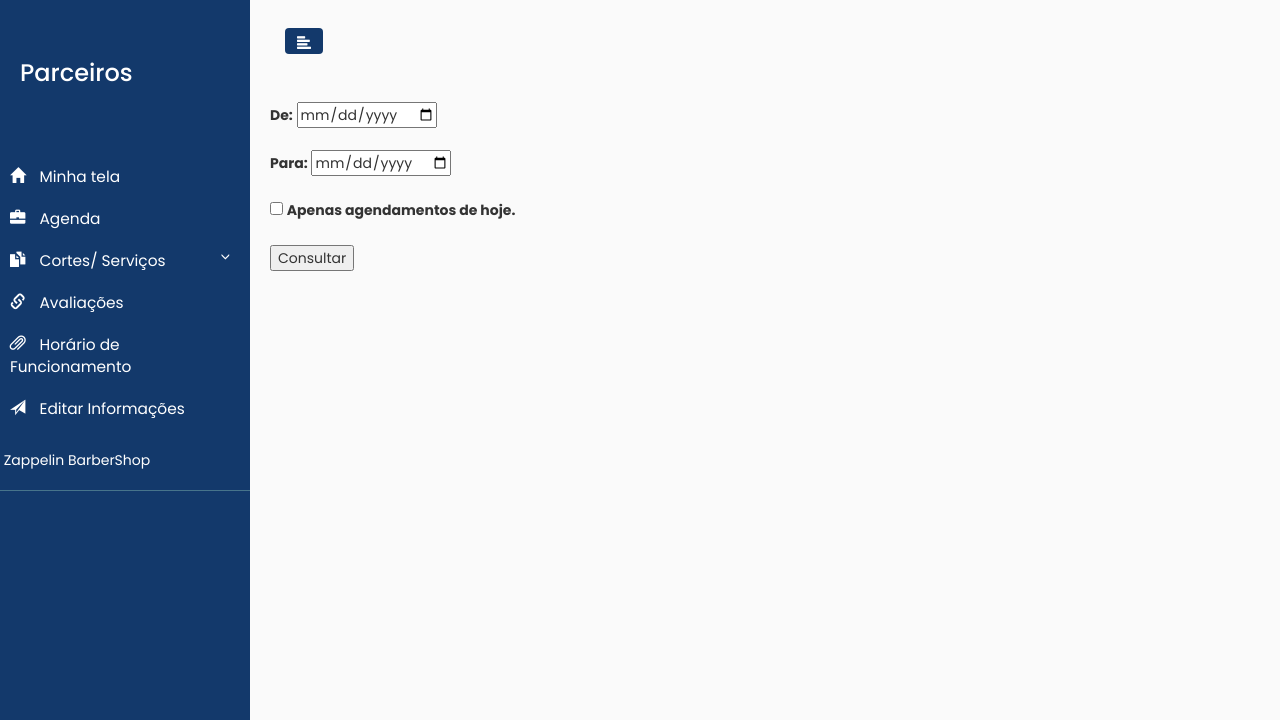
Repository: aquilesascar/barberconnect
Page: http://localhost/agenda.php
The author's editor kept a copy of each file at every save. The page is drawn from the files as they stood at one save, then again after the next save.
The browser window is 1280 px wide. The pictures show the whole page.
The page is run by PHP 8.4 with error messages shown; the project is at /var/www/html/.

Above is the page before, as saved 2023-10-03 10:32:02.

### agenda.php
<!DOCTYPE html>
<html>
    <head>
        <meta charset="utf-8">
        <meta name="viewport" content="width=device-width, initial-scale=1.0">
        <meta http-equiv="X-UA-Compatible" content="IE=edge">

        <title>Barra de tarefas</title>

         <!-- Bootstrap CSS CDN -->
        <link rel="stylesheet" href="https://maxcdn.bootstrapcdn.com/bootstrap/3.3.7/css/bootstrap.min.css">
        <!-- Our Custom CSS -->
        <link rel="stylesheet" href="../TCC/assets/css/style4.css">

    </head>
    <body>
        <div class="wrapper">
            <!-- Sidebar Holder -->
            <nav id="sidebar">
                <div class="sidebar-header">
                    <h3>Parceiros</h3>
                    <strong>BC</strong>
                </div>

                <ul class="list-unstyled components">
                    <li class="active">
                        <a href="index4.html">
                            <i class="glyphicon glyphicon-home"></i>
                            Minha tela
                        </a>

                    </li>
                    <li>
                        <a href="agenda.html">
                            <i class="glyphicon glyphicon-briefcase"></i>
                            Agenda
                        </a>
                        <a href="#pageSubmenu" data-toggle="collapse" aria-expanded="false">
                            <i class="glyphicon glyphicon-duplicate"></i>
                            Cortes/
                            Serviços
                        </a>
                        <ul class="collapse list-unstyled" id="pageSubmenu">
                            <li><a href="corteclassico.html">Corte clássico</a></li>
                            <li><a href="#">Corte casual</a></li>
                            <li><a href="#">Barba</a></li>
                        </ul>
                    </li>
                    <li>
                        <a href="#">
                            <i class="glyphicon glyphicon-link"></i>
                            Avaliações
                        </a>
                    </li>
                    <li>
                        <a href="#">
                            <i class="glyphicon glyphicon-paperclip"></i>
                            Horário de Funcionamento
                        </a>
                    </li>
                    <li>
                        <a href="#">
                            <i class="glyphicon glyphicon-send"></i>
                            Editar Informações
                        </a>
                    </li>
                    <li>
                        <a href="#"></a>
                        <i class="glyphicon glyphicon-logout"></i>
                        Zappelin BarberShop
                    </li>
                </ul>

            </nav>

            <!-- Page Content Holder -->
            <div id="content">


                    <div class="container-fluid">

                        <div class="navbar-header">
                            <button type="button" id="sidebarCollapse" class="btn btn-info navbar-btn">
                                <i class="glyphicon glyphicon-align-left"></i>

                            </button>
                        </div>

                        <div class="collapse navbar-collapse" id="bs-example-navbar-collapse-1">
                            <ul class="nav navbar-nav navbar-right">
                            </ul>
                        </div>
                    </div>
                </nav>

                <br>
                <br>
                <label for="De:" class="de">De:</label>
                <input type="date">
                <br>
                <br>
                <label for="Para:">Para:</label>
                <input type="date" name="" id="" class="para">
                <br>
                <br>
                <input type="checkbox">
                <label for="">Apenas agendamentos de hoje.</label>
                <br><br>
                <button>Consultar</button>


                   <!-- jQuery CDN -->
         <script src="https://code.jquery.com/jquery-1.12.0.min.js"></script>
         <!-- Bootstrap Js CDN -->
         <script src="https://maxcdn.bootstrapcdn.com/bootstrap/3.3.7/js/bootstrap.min.js"></script>

         <script type="text/javascript">
             $(document).ready(function () {
                 $('#sidebarCollapse').on('click', function () {
                     $('#sidebar').toggleClass('active');
                 });
             });
         </script>
            </div>
        </div>
        <body>

### assets/css/style4.css
@import "https://fonts.googleapis.com/css?family=Poppins:300,400,500,600,700";

.form-check form-switch {
    text-align: justify;
}

h2 {
    padding-top: 20px;
}

h3 {
    padding-bottom: 20px;
    padding-top: 20px;
}

#sidebarCollapse {
    display: flex;
    align-items: center;
    justify-content: center;
}

#sidebarCollapse:hover {

    background-color: #05234b;
    color: white;
    align-items: center;
}

#lorem{
    color: #fafafa;
    font-size: 14px;
    user-select: none; /* Evita a seleção de texto */
    cursor: default;   /* Mantém o cursor padrão */
}


.coverImg {
    display: flex;
    justify-content: center;
}

.cover {
    border-radius: 8px;
}

.images {
    padding-bottom: 6% !important;
}

.linha{
    padding-bottom: 3%;
}

.filtros button {
    align-items: center !important;
    justify-content: center;
    border-radius: 25px !important;
    padding: 5px 17px;
    background-color: transparent;
    border-color: #8c8c8c !important;
    color: #8c8c8c;
    font-size: 16px !important;
    margin-right: 20px;
    font-weight: 450;
}

.filtros button:hover {
    background-color: transparent !important;
    /* Remove a mudança de cor de fundo */
    border-color: #6a6a6a !important;
    /* Remove a mudança de cor da borda */
    color: #6a6a6a !important;
    /* Remove a mudança de cor do texto */
}

.btn-primary {
    align-items: center !important;
    justify-content: center;
    border-radius: 5px !important;
    background-color: transparent;
    border-color: #080808 !important;
    color: #8c8c8c;
    font-size: 13px;
    margin-right: 20px;
    font-weight: 450;
}

.btn-primary:hover {
    background-color: transparent !important;
    /* Remove a mudança de cor de fundo */
    border-color: #6a6a6a !important;
    /* Remove a mudança de cor da borda */
    color: #6a6a6a !important;
    /* Remove a mudança de cor do texto */
}

.filtros {
    padding-bottom: 1%;

}

.divForm {
    margin-left: 10%;
    margin-right: 10%;
    border-radius: 6px;
    background-color: white;
    position: relative;
}

.divTable {
    border-radius: 6px;
    background-color: white;
    position: relative;
    box-shadow: 0 4px 8px 0 rgba(0, 0, 0, 0.2);
}

.divTable table {
    width: 100%;
    border-collapse: collapse;
    font-family: Arial, sans-serif;
}

.divTable th {
    background-color: #13396B;
    color: white;
    padding: 10px;
    text-align: center;
}

.divTable td {
    padding: 18px;
    text-align: center;
    border-bottom: 1px solid #ddd;
}

.divTable tr:hover {
    background-color: #f5f5f5;
}

.divTable caption {
    caption-side: top;
    text-align: center;
    font-weight: bold;
}


.barberItem {
    box-sizing: border-box;
    width: calc(100% / 3 - 10px);
    height: 200px;
    display: inline-block;
    position: relative;
    border-radius: 15px; /* Adiciona bordas arredondadas */
    box-shadow: 0 4px 8px 0 rgba(0,0,0,0.2); /* Adiciona sombra */
    transition: transform 0.4s ease, box-shadow 0.2s ease;
    background-color: #ffffff; /* Adiciona cor de fundo */
    padding: 10px 20px;
    margin-right: 6px;
    margin-bottom: 20px; /* Espaçamento entre as linhas */
}

.barberItem:hover {
    border-color: #6a6a6a !important;
    cursor: pointer;
}

.barberItem p {
    padding-left: 15%;
    font-size: 20px !important;
    padding-bottom: 20% !important;
    display: inline-block !important;
}

.barberText {
    margin-left: 85px;
    font-size: 24px;
    align-items: center;
    position: relative;
    top: -78px;
}

.description {
    padding-top: 4%;
}

.itemDescription {
    color: #8c8c8c;
    display: block;
    padding-bottom: 5%;
}

.price {
    padding-top: 5%;
    font-weight: 700;
    font-size: 20px;
}

.infos {
    position: relative;
    top: -1px;
    display: flex;
    justify-content: space-between;
    /* Isso substituirá a necessidade de float: right; */
}

.rightInfo {
    clear: both;
}

.itemName {
    font-size: 20px;
    font-weight: 600;
    position: relative;
}

.bi-star-fill {
    font-size: 16px;

}

.barberInfo {
    padding-top: 5%;
    font-size: 16px;
}

.avaliacao {
    color: rgb(255, 213, 0);
    text-decoration: underline;
    transition: color 0.2s ease;
}

.avaliacao:hover {
    cursor: pointer;
    color: rgb(251, 209, 0);
}

.distancia {
    color: rgba(0, 0, 0, 0.45);
}

.barberText {
    padding-top: 3px;
    font-size: 16px;
}

.barberName {
    font-size: 24px;
    font-weight: 700;
    position: relative;

}

.images img {
    padding-right: 3% !important;
}

body {
    font-family: 'Poppins', sans-serif;
    background: #fafafa;
}

p {
    font-family: 'Poppins', sans-serif;
    font-size: 1.1em;
    font-weight: 300;
    line-height: 1.7em;
    color: #999;
}

a,
a:hover,
a:focus {
    color: inherit;
    text-decoration: none;
    transition: all 0.3s;
}

.navbar {
    padding: 15px 10px;
    background: #fff;
    border: none;
    border-radius: 0;
    margin-bottom: 40px;
    box-shadow: 1px 1px 3px rgba(0, 0, 0, 0.1);
}

.minImg {
    position: absolute;
    right: 0;
    top: 50%;
    transform: translateY(-50%);
    padding-right: 5%;

}


.images img {
    padding-right: 3% !important;
}

.navbar-btn {
    box-shadow: none;
    outline: none !important;
    border: none;
    color: #ffffff;
    background-color: #13396B;
}

.line {
    width: 100%;
    height: 1px;
    border-bottom: 1px dashed #ddd;
    margin: 40px 0;
}

i,
span {
    display: inline-block;
}

/* ---------------------------------------------------
    SIDEBAR STYLE
----------------------------------------------------- */
.wrapper {
    display: flex;
    height: 100%;
    /*align-items: stretch;*/
}

#agenda {
    background-color: #13396B !important;
    color: white;
    cursor: default;
}

#thData:hover {
    cursor: pointer;
}

#sidebar {
    min-width: 250px;
    max-width: 250px;
    background: #13396B;
    color: #ffffff;
    transition: all 0.3s;
}

#sidebar.active {
    min-width: 80px;
    max-width: 80px;
    text-align: center;
}

#sidebar.active .sidebar-header h3,
#sidebar.active .CTAs {
    display: none;
}

#sidebar.active .sidebar-header strong {
    display: block;
}

#sidebar ul li a {
    text-align: left;
}

#sidebar.active ul li a {
    padding: 20px 10px;
    text-align: center;
    font-size: 0.85em;
}

#sidebar.active ul li a i {
    margin-right: 0;
    display: block;
    font-size: 1.8em;
    margin-bottom: 5px;
}

#sidebar.active ul ul a {
    padding: 10px !important;
}

#sidebar.active a[aria-expanded="false"]::before,
#sidebar.active a[aria-expanded="true"]::before {
    top: auto;
    bottom: 5px;
    right: 50%;
    -webkit-transform: translateX(50%);
    -ms-transform: translateX(50%);
    transform: translateX(50%);
}

#sidebar .sidebar-header {
    padding: 20px;
    background: #13396B;
}

#sidebar .sidebar-header strong {
    display: none;
    font-size: 1.8em;
}

#sidebar ul.components {
    padding: 20px 0;
    border-bottom: 1px solid #47748b;
}

#sidebar ul li a {
    padding: 10px;
    font-size: 1.1em;
    display: block;
}

#sidebar ul li a:hover {
    color: #13396B;
    background: #fff;
}

#sidebar ul li a i {
    margin-right: 10px;
}

#sidebar ul li.active>a,
a[aria-expanded="true"] {
    color: #fff;
    background: #13396B;
}


a[data-toggle="collapse"] {
    position: relative;
}

a[aria-expanded="false"]::before,
a[aria-expanded="true"]::before {
    content: '\e259';
    display: block;
    position: absolute;
    right: 20px;
    font-family: 'Glyphicons Halflings';
    font-size: 0.6em;
}

a[aria-expanded="true"]::before {
    content: '\e260';
}


ul ul a {
    font-size: 0.9em !important;
    padding-left: 30px !important;
    background: #13396B;
}

ul.CTAs {
    padding: 20px;
}

ul.CTAs a {
    text-align: center;
    font-size: 0.9em !important;
    display: block;
    border-radius: 5px;
    margin-bottom: 5px;
}

a.download {
    background: #13396B;
    color: #13396B;
}

a.article,
a.article:hover {
    background: #13396B !important;
    color: #fff !important;
}

#imgCorte {
    width: 100px;
}

/* ---------------------------------------------------
    CONTENT STYLE
----------------------------------------------------- */
#content {
    padding: 20px;
    min-height: 100vh;
    transition: all 0.3s;
}


/* ---------------------------------------------------
    MEDIAQUERIES
----------------------------------------------------- */
@media (max-width: 768px) {
    #sidebar {
        min-width: 80px;
        max-width: 80px;
        text-align: center;
        margin-left: -80px !important;
    }

    a[aria-expanded="false"]::before,
    a[aria-expanded="true"]::before {
        top: auto;
        bottom: 5px;
        right: 50%;
        -webkit-transform: translateX(50%);
        -ms-transform: translateX(50%);
        transform: translateX(50%);
    }

    #sidebar.active {
        margin-left: 0 !important;
    }

    #sidebar .sidebar-header h3,
    #sidebar .CTAs {
        display: none;
    }

    #sidebar .sidebar-header strong {
        display: block;
    }

    #sidebar ul li a {
        padding: 20px 10px;
    }

    #sidebar ul li a span {
        font-size: 0.85em;
    }

    #sidebar ul li a i {
        margin-right: 0;
        display: block;
    }

    #sidebar ul ul a {
        padding: 10px !important;
    }

    #sidebar ul li a i {
        font-size: 1.3em;
    }

    #sidebar {
        margin-left: 0;
    }

    #sidebarCollapse span {
        display: none;
    }
}

### menu.php
<nav id="sidebar">
    <div class="sidebar-header">
        <h3>Parceiros</h3>
        <strong>BC</strong>
    </div>

    <ul class="list-unstyled components">
        <li class="active">
            <a href="index4.php" data-toggle="collapse">
                <i class="glyphicon glyphicon-home"></i>
                Minha tela
            </a>

        </li>
        <li>
            <a href="agenda.html">
                <i class="glyphicon glyphicon-briefcase"></i>
                Agenda
            </a>

            <a href="#pageSubmenu" aria-expanded="false">
                <i class="glyphicon glyphicon-duplicate"></i>
                Cortes/Serviços
            </a>
        </li>
        <li>
            <a href="avaliacoes.html">
                <i class="glyphicon glyphicon-link"></i>
                Avaliações
            </a>
        </li>
        <li>
            <a href="#">
                <i class="glyphicon glyphicon-paperclip"></i>
                Horário de Funcionamento
            </a>
        </li>
        <li>
            <a href="#">
                <i class="glyphicon glyphicon-send"></i>
                Editar Informações
            </a>
        </li>
        <li>
            <a href="#"></a>
            <i class="glyphicon glyphicon-logout"></i>
            Zappelin BarberShop
        </li>
    </ul>

</nav>

After the next save:
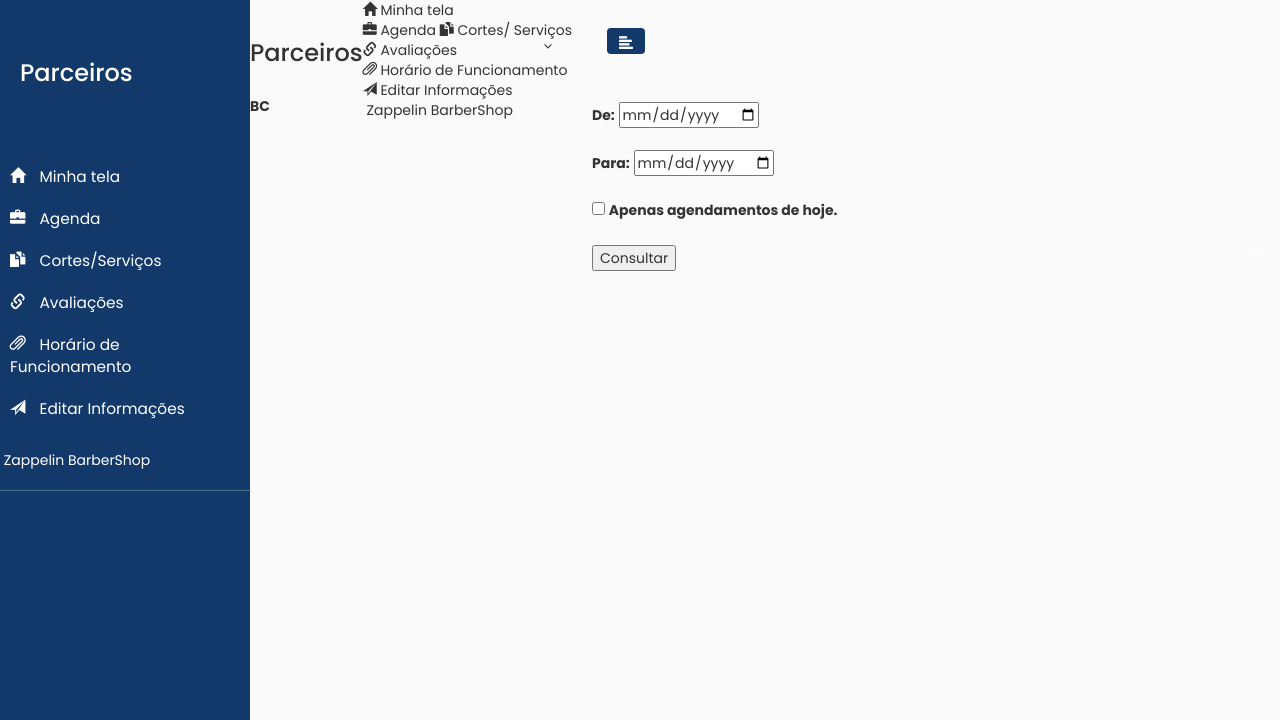
Saved 5 min 28 s later.
--- a/agenda.php
+++ b/agenda.php
@@ -16,7 +16,10 @@
     <body>
         <div class="wrapper">
             <!-- Sidebar Holder -->
-            <nav id="sidebar">
+            <?php
+        //INCLUSÃO DO MENU
+        include_once('menu.php');
+        ?>
                 <div class="sidebar-header">
                     <h3>Parceiros</h3>
                     <strong>BC</strong>

After the 3 saves that followed:
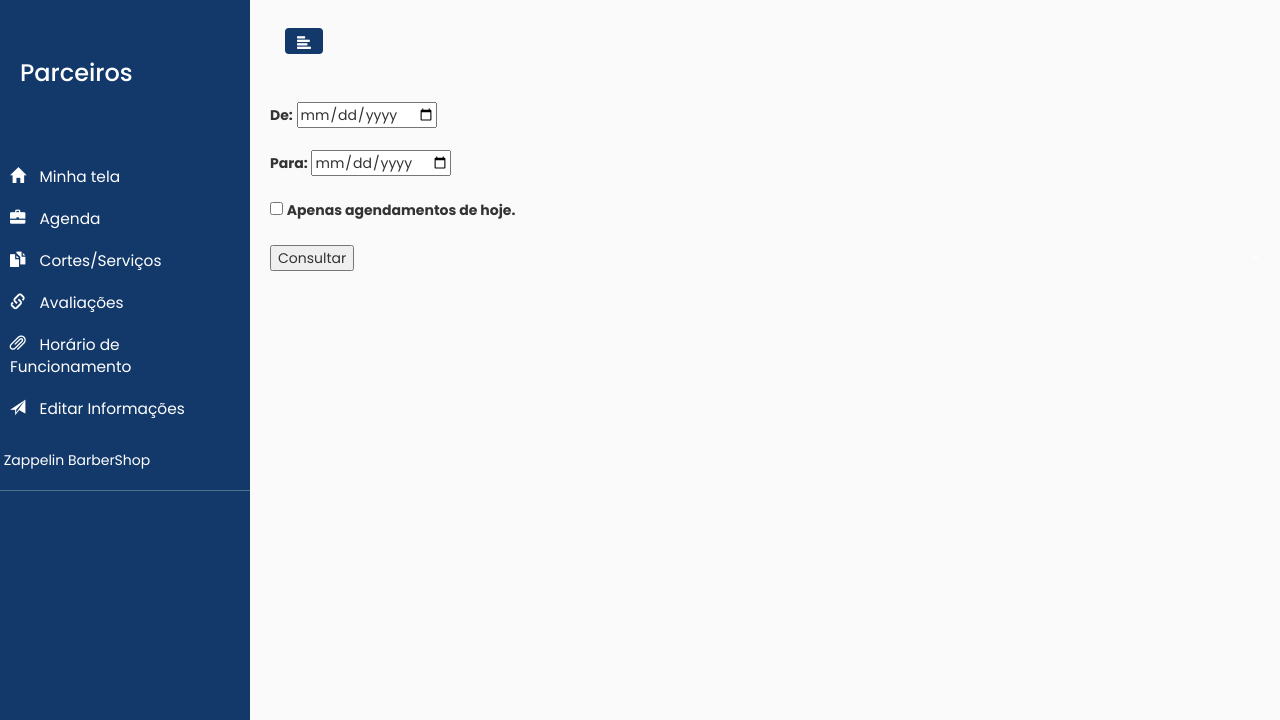
The 3 saves are shown as one change because 2 left the picture as it was.
The last was saved 2 min 51 s later.
--- a/agenda.php
+++ b/agenda.php
@@ -20,61 +20,7 @@
         //INCLUSÃO DO MENU
         include_once('menu.php');
         ?>
-                <div class="sidebar-header">
-                    <h3>Parceiros</h3>
-                    <strong>BC</strong>
-                </div>
 
-                <ul class="list-unstyled components">
-                    <li class="active">
-                        <a href="index4.html">
-                            <i class="glyphicon glyphicon-home"></i>
-                            Minha tela
-                        </a>
-
-                    </li>
-                    <li>
-                        <a href="agenda.html">
-                            <i class="glyphicon glyphicon-briefcase"></i>
-                            Agenda
-                        </a>
-                        <a href="#pageSubmenu" data-toggle="collapse" aria-expanded="false">
-                            <i class="glyphicon glyphicon-duplicate"></i>
-                            Cortes/
-                            Serviços
-                        </a>
-                        <ul class="collapse list-unstyled" id="pageSubmenu">
-                            <li><a href="corteclassico.html">Corte clássico</a></li>
-                            <li><a href="#">Corte casual</a></li>
-                            <li><a href="#">Barba</a></li>
-                        </ul>
-                    </li>
-                    <li>
-                        <a href="#">
-                            <i class="glyphicon glyphicon-link"></i>
-                            Avaliações
-                        </a>
-                    </li>
-                    <li>
-                        <a href="#">
-                            <i class="glyphicon glyphicon-paperclip"></i>
-                            Horário de Funcionamento
-                        </a>
-                    </li>
-                    <li>
-                        <a href="#">
-                            <i class="glyphicon glyphicon-send"></i>
-                            Editar Informações
-                        </a>
-                    </li>
-                    <li>
-                        <a href="#"></a>
-                        <i class="glyphicon glyphicon-logout"></i>
-                        Zappelin BarberShop
-                    </li>
-                </ul>
-
-            </nav>
 
             <!-- Page Content Holder -->
             <div id="content">
--- a/menu.php
+++ b/menu.php
@@ -18,7 +18,7 @@
                 Agenda
             </a>
 
-            <a href="#pageSubmenu" aria-expanded="false">
+            <a href="corteclassico.php" aria-expanded="false">
                 <i class="glyphicon glyphicon-duplicate"></i>
                 Cortes/Serviços
             </a>
